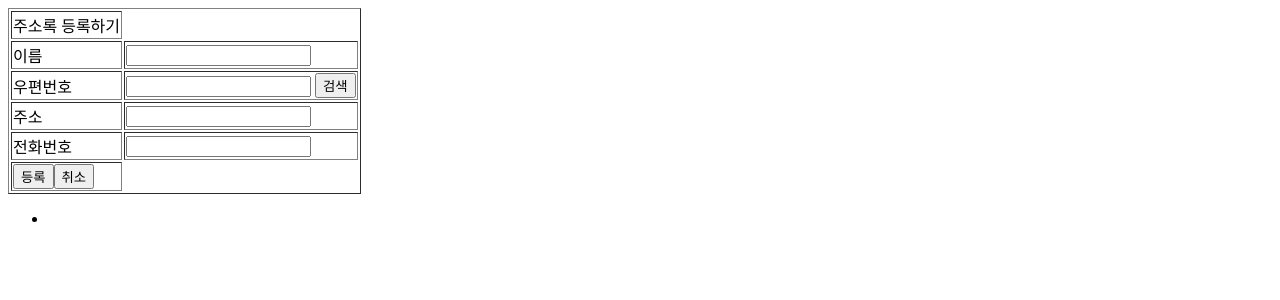
Repository: LEENYAMNYAM/JSP
Page: http://localhost/JSP_Project/address/insert.jsp
An editor plug-in stored every save of this project. The page is shown before and after the next save, followed by the edit.
The browser window is 1280 px wide. The pictures show the whole page.
The page is served by Tomcat 9.

Above is the page before, as saved 2025-02-28 01:13:01.

After the next save:
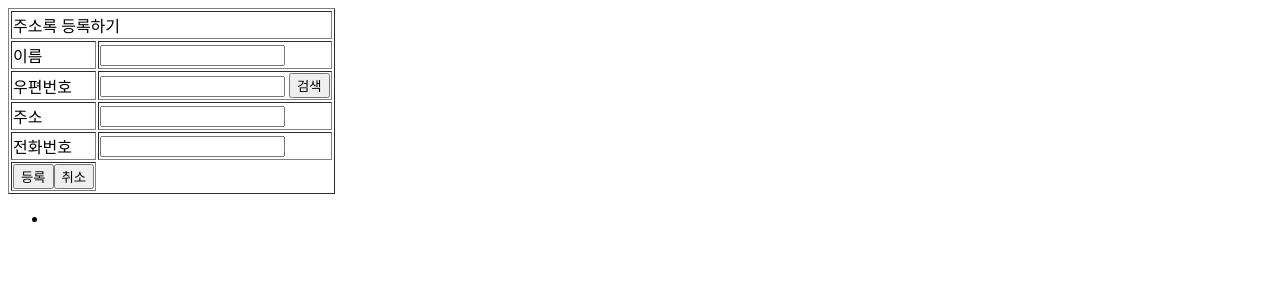
Saved 18 s later.
--- a/JSP_Project/src/main/webapp/address/insert.jsp
+++ b/JSP_Project/src/main/webapp/address/insert.jsp
@@ -11,7 +11,7 @@
 <a urf=""></a>
 <table border=1>
 	<tr>
-		<td> 주소록 등록하기</td>
+		<td colspan="2"> 주소록 등록하기</td>
 	</tr>
 	<tr>
 		<td> 이름 </td>
